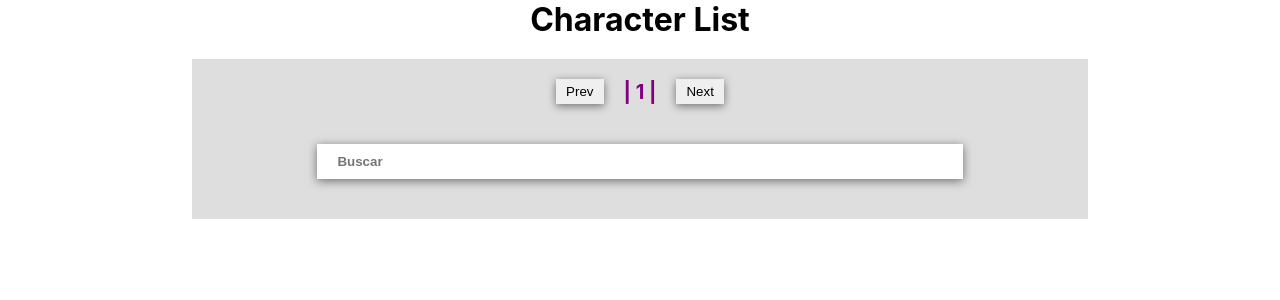
Repository: DanielVegaf/rick-and-morty-api
Page: /
The author's editor kept a copy of each file at every save. The page is drawn from the files as they stood at one save, then again after the next save.
The browser window is 1280 px wide. The pictures show the whole page.
The page's requests for data from a server got no answer. The project was rebuilt for these pictures with package versions that can differ from the ones it lists, and the page was loaded fresh each time. No one was signed in, and anything a server would have sent is missing. Also part of the build but not shown: vite.config.js, src/components/characterDetails/CharacterDetails.jsx.

Above is the page before, as saved 2022-07-11 12:18:43.

After the next save:
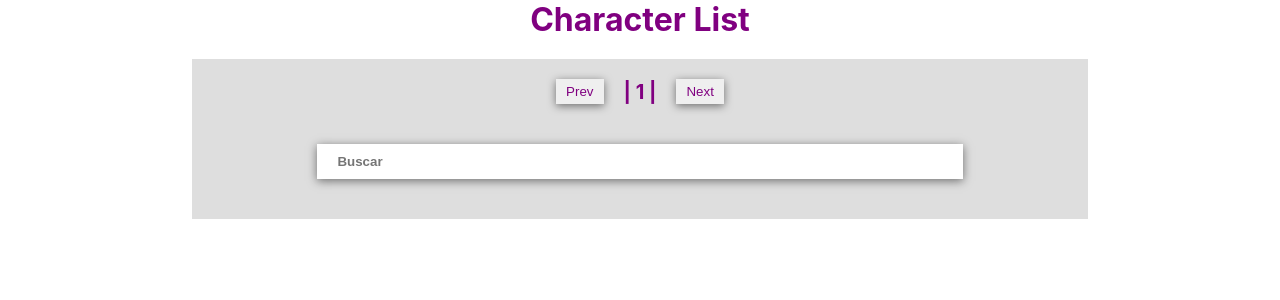
Saved 10 s later.
--- a/src/App.css
+++ b/src/App.css
@@ -7,6 +7,7 @@
   padding: 0;
   box-sizing: border-box;
   text-decoration: none;
+  color: purple;
 }
 
 .App {
@@ -20,7 +21,6 @@
   width: 70%;
   margin: 20px;
   background-color: rgb(222, 222, 222);
-  color: purple;
 }
 
 .buttons{

After the save that followed:
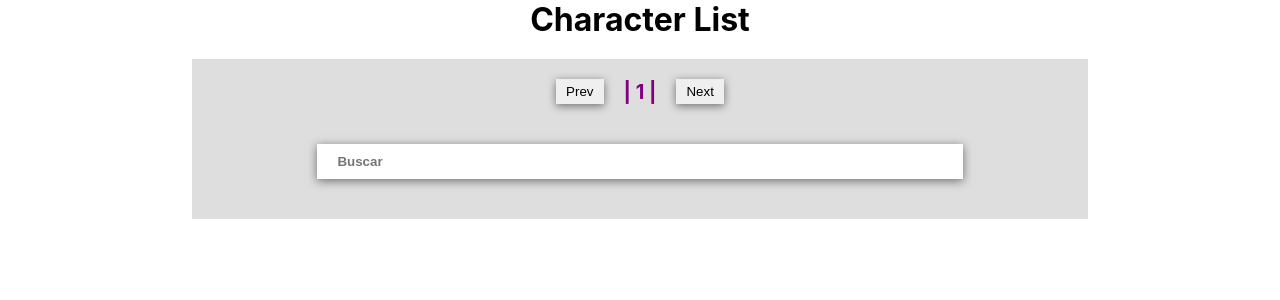
Saved 14 s later.
--- a/src/App.css
+++ b/src/App.css
@@ -7,7 +7,6 @@
   padding: 0;
   box-sizing: border-box;
   text-decoration: none;
-  color: purple;
 }
 
 .App {
